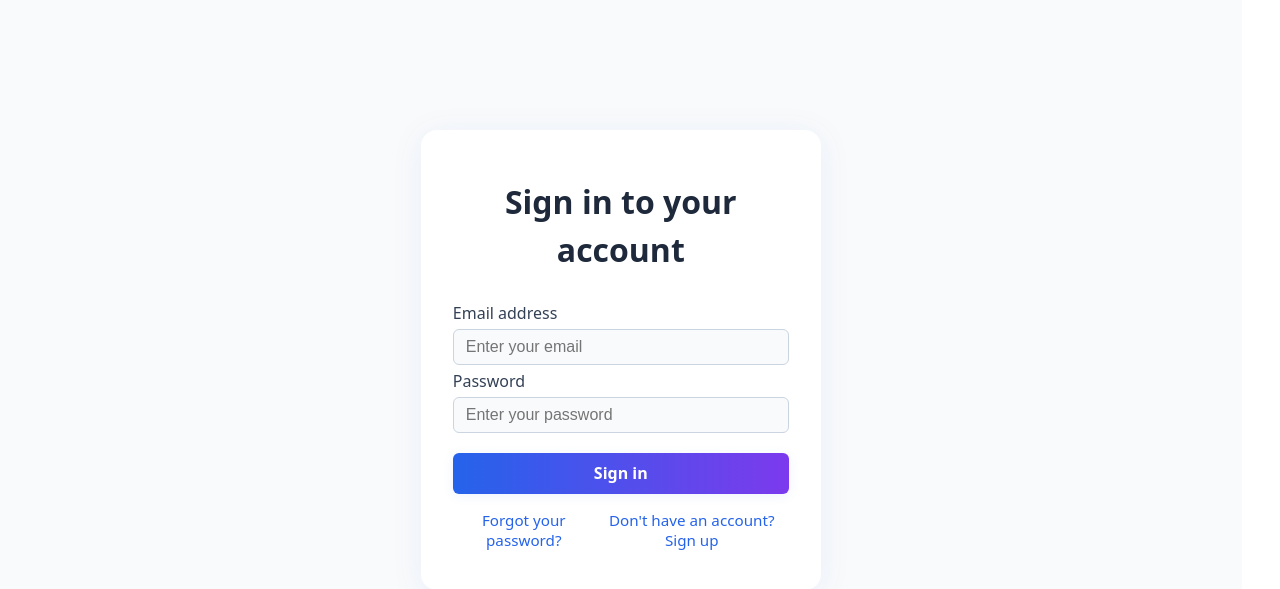
Repository: him021204/Task-Manager
Page: / (app in client/)
An editor plug-in stored every save of this project. The page is shown before and after the next save, followed by the edit.
The browser window is 1280 px wide. The pictures show the whole page.
The page's requests for data from a server got no answer. The project was rebuilt for these pictures with package versions that can differ from the ones it lists, and the page was loaded fresh each time. No one was signed in, and anything a server would have sent is missing. Also part of the build but not shown: client/vite.config.js, client/src/pages/Dashboard.css, client/src/pages/Dashboard.jsx, client/src/pages/Register.css, client/src/pages/Register.jsx, client/src/pages/Analytics.css, client/src/pages/Analytics.jsx, client/src/pages/CalendarView.css and 1 more.

Above is the page before, as saved 2025-06-16 19:58:59.

After the next save:
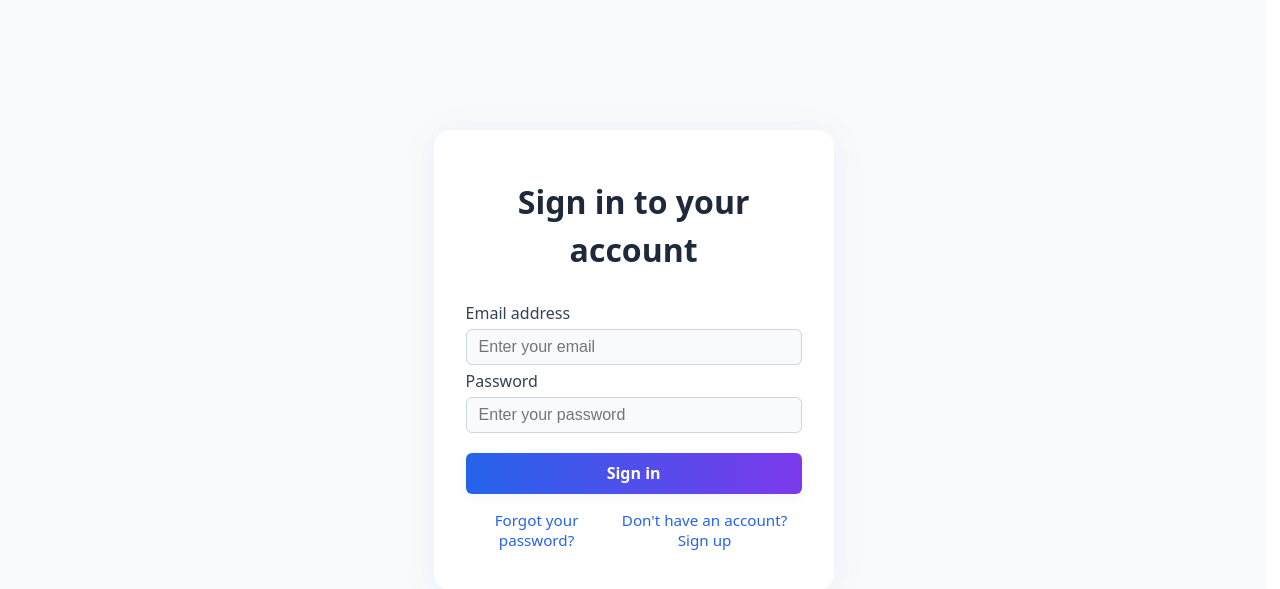
Saved 38 s later.
--- a/client/src/pages/Login.css
+++ b/client/src/pages/Login.css
@@ -1,6 +1,6 @@
 .login-bg {
   min-height: 100vh;
-  width: 97vw;
+  width: 99vw;
   display: flex;
   align-items: center;
   justify-content: center;
